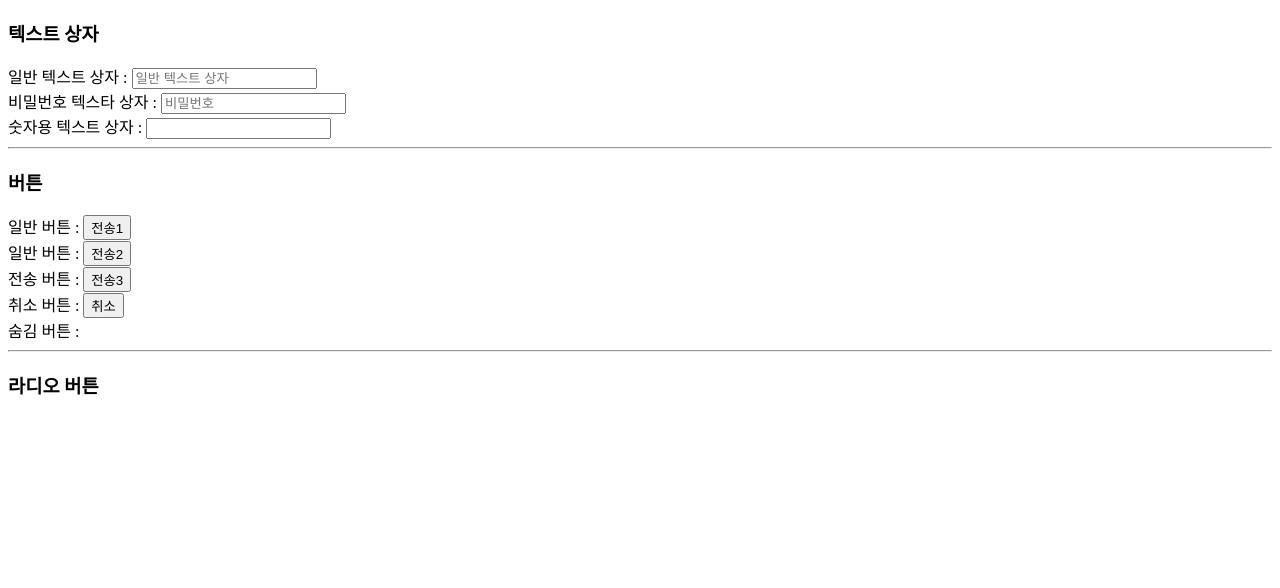
Repository: Dalso13/workspace
Page: workspace_exam/Test_1/WebContent/01_html/08_form.html
The author's editor kept a copy of each file at every save. The page is drawn from the files as they stood at one save, then again after the next save.
The browser window is 1280 px wide. The pictures show the whole page.

Above is the page before, as saved 2023-03-14 03:12:08.

After the next save:
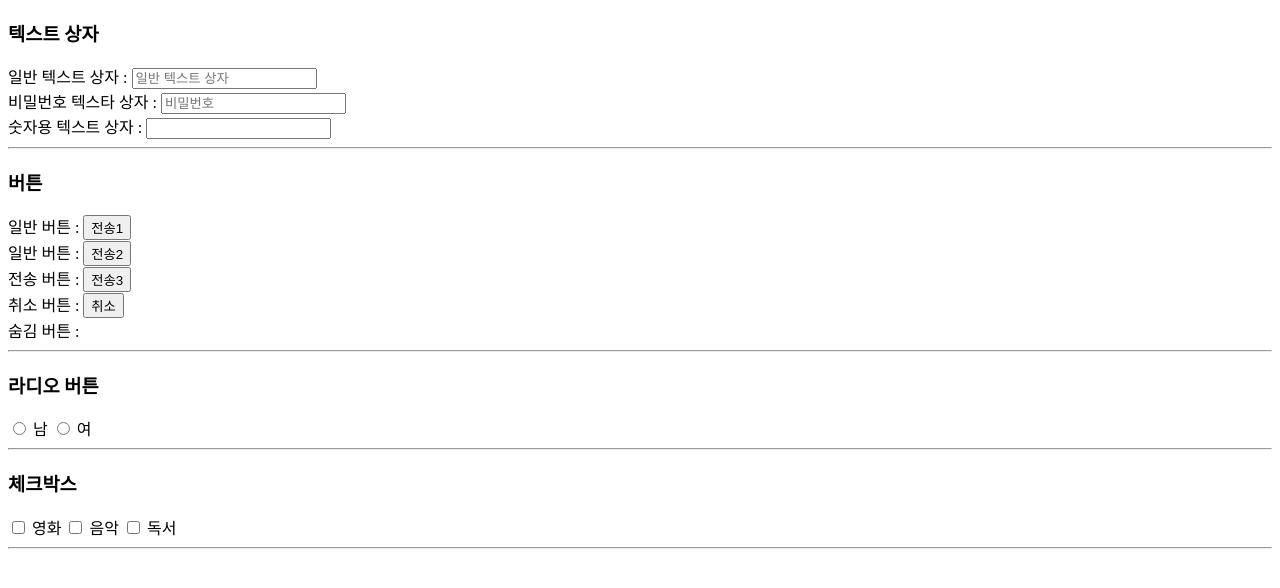
Saved 4 min 17 s later.
--- a/workspace_exam/Test_1/WebContent/01_html/08_form.html
+++ b/workspace_exam/Test_1/WebContent/01_html/08_form.html
@@ -31,12 +31,24 @@
 		전송 버튼 : <input type="submit" value="전송3"> <br>
 		취소 버튼 : <input type="reset" value="취소"> <br>
 		숨김 버튼 : <input type="hidden" name="age" value="20">	 <br>
-	</form>
+
+
+	<hr/>
+
+ 		<!-- 3.라디오 버튼 -->
+ 		<h3>라디오 버튼</h3>
+ 		<input type="radio" name="gender" value=:"남"> 남
+ 		<input type="radio" name="gender" value=:"여"> 여 <br>
+ 		<hr/>
+
+ 		<h3>체크박스</h3>
+ 		<input type="checkbox" name="hobbies" value=:"영화"> 영화
+ 		<input type="checkbox" name="hobbies" value=:"음악"> 음악
+ 		<input type="checkbox" name="hobbies" value=:"독서"> 독서
 
  		<hr/>
 
- 		<!-- 3.라디오 버튼 -->
- 		<h3>라디오 버튼</h3>
+	</form>
 
 
 </body>
